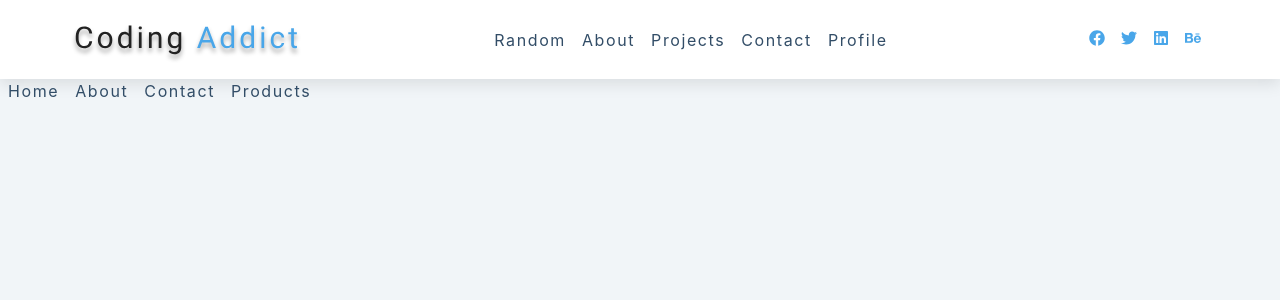
Repository: bodescuanamariia/navbar
Page: /
The author's editor kept a copy of each file at every save. The page is drawn from the files as they stood at one save, then again after the next save.
The browser window is 1280 px wide. The pictures show the whole page.
The project was rebuilt for these pictures with package versions that can differ from the ones it lists, and the page was loaded fresh each time.

Above is the page before, as saved 2022-04-29 11:03:47.

### src/App.js
import React from "react";
import Navbar from "./Navbar";
import Sidebar from "./Sidebar";

function App() {
  return (
    <>
      <Navbar />
      <Sidebar />
    </>
  );
}

export default App;

### src/Navbar.js
import React, { useState, useEffect, useRef } from "react";
import { FaBars, FaTwitter } from "react-icons/fa";
import { links, social } from "./data";
import logo from "./logo.svg";

const Navbar = () => {
  const [showLinks, setShowLinks] = useState(false);
  const linksContainerRef = useRef(null);
  const linksRef = useRef(null);

  useEffect(() => {
    const linksHeight = linksRef.current.getBoundingClientRect().height;
    if (showLinks) {
      linksContainerRef.current.style.height = `${linksHeight}px`;
    } else {
      linksContainerRef.current.style.height = "0px";
    }
  }, [showLinks]);

  return (
    <>
      <nav>
        <div className="nav-center">
          <div className="nav-header">
            <img src={logo} lat="logo" />
            <button
              className="nav-toggle"
              onClick={() => setShowLinks(!showLinks)}
            >
              <FaBars />
            </button>
          </div>
          <div
            className={`${
              showLinks ? "links-container show-container" : "links-container"
            }`}
          >
            <div className="links-container" ref={linksContainerRef}>
              <ul className="links" ref={linksRef}>
                {links.map((link) => {
                  const { id, url, text } = link;
                  return (
                    <li key={id}>
                      <a href={url}> {text}</a>
                    </li>
                  );
                })}
              </ul>{" "}
            </div>
          </div>

          <ul className="social-icons">
            {social.map((socialIcon) => {
              const { id, url, icon } = socialIcon;
              return (
                <li key={id}>
                  <a href={url}> {icon}</a>
                </li>
              );
            })}
          </ul>
        </div>
      </nav>
    </>
  );
};

export default Navbar;

### src/Sidebar.js
import React from "react";
const Sidebar = () => {
  return (
    <>
      <div className="links-container show-container">
        <ul className="links">
          <li>
            <a href="#">home</a>
          </li>
          <li>
            <a href="#">about</a>
          </li>
          <li>
            <a href="#">contact</a>
          </li>
          <li>
            <a href="#">products</a>
          </li>
        </ul>
      </div>
    </>
  );
};

export default Sidebar;

### src/data.js
import React from "react";
import { FaBehance, FaFacebook, FaLinkedin, FaTwitter } from "react-icons/fa";
export const links = [
  {
    id: 1,
    url: "/",
    text: "random",
  },
  {
    id: 2,
    url: "/about",
    text: "about",
  },
  {
    id: 3,
    url: "/projects",
    text: "projects",
  },
  {
    id: 4,
    url: "/contact",
    text: "contact",
  },
  {
    id: 5,
    url: "/profile",
    text: "profile",
  },
];

export const social = [
  {
    id: 1,
    url: "https://www.twitter.com",
    icon: <FaFacebook />,
  },
  {
    id: 2,
    url: "https://www.twitter.com",
    icon: <FaTwitter />,
  },
  {
    id: 3,
    url: "https://www.twitter.com",
    icon: <FaLinkedin />,
  },
  {
    id: 4,
    url: "https://www.twitter.com",
    icon: <FaBehance />,
  },
];

Loaded but not shown: public/index.html (common file); src/index.js (common file); src/index.css (common file)

After the next save:
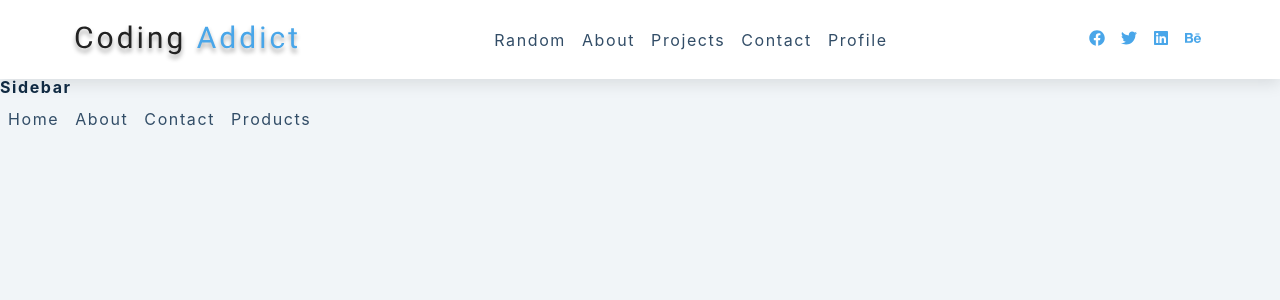
Saved 21 s later.
--- a/src/Sidebar.js
+++ b/src/Sidebar.js
@@ -2,6 +2,7 @@
 const Sidebar = () => {
   return (
     <>
+      <h4>sidebar</h4>
       <div className="links-container show-container">
         <ul className="links">
           <li>
